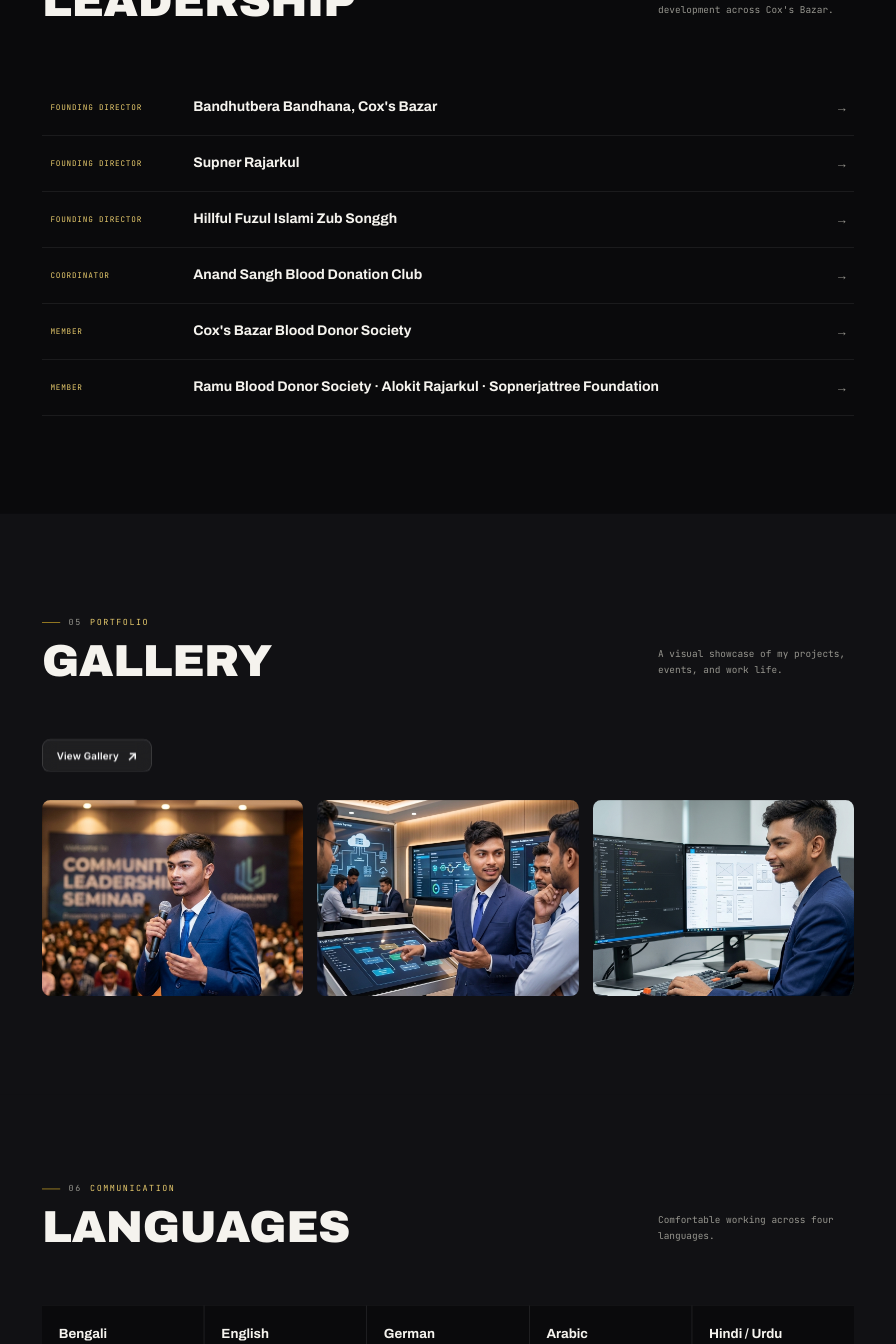
Repository: Saiful21Islam/My_Portfolio
Page: index.html
An editor plug-in stored every save of this project. The page is shown before and after a run of saves, followed by the edit.
The browser window is 1280 px wide. The pictures show the part of the page from y = 4580 to 6500 px (the page is 7514 px tall before and 7427 px after), at 70% of full size.
Some web libraries are served in a nearby version.

Above is the page before, as saved 2026-09-25 21:46:56.

After the next 2 saves:
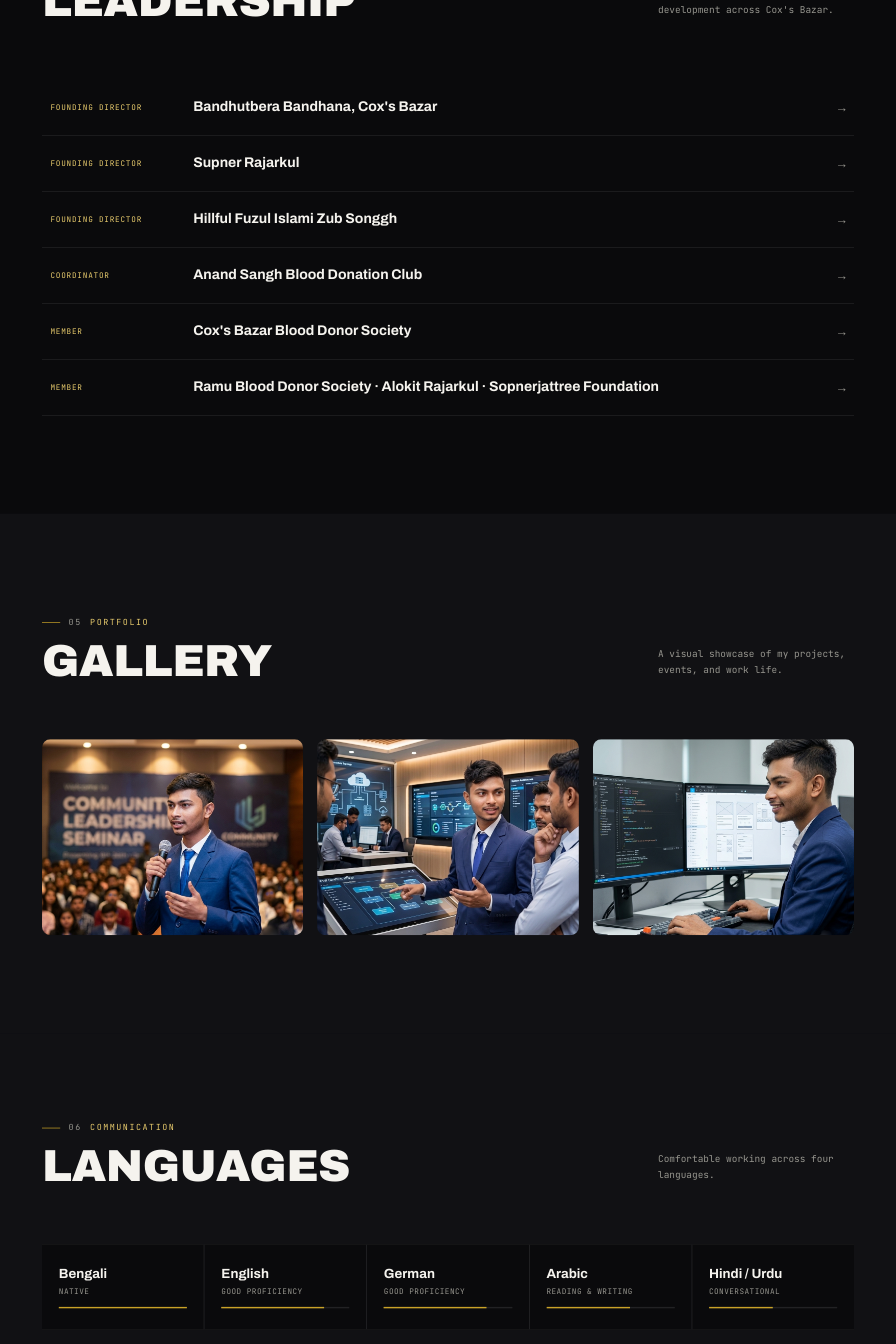
The 2 saves are shown as one change because they came seconds apart.
The last was saved 101 s later.
--- a/index.html
+++ b/index.html
@@ -354,10 +354,6 @@
         </div>
         <div class="sec-note">A visual showcase of my projects, events, and work life.</div>
       </div>
-      <a href="gallery.html" class="gallery-btn">
-          View Gallery
-          <span>↗</span>
-        </a>
 
       <div class="gallery-grid">
         <div class="gallery-item">
